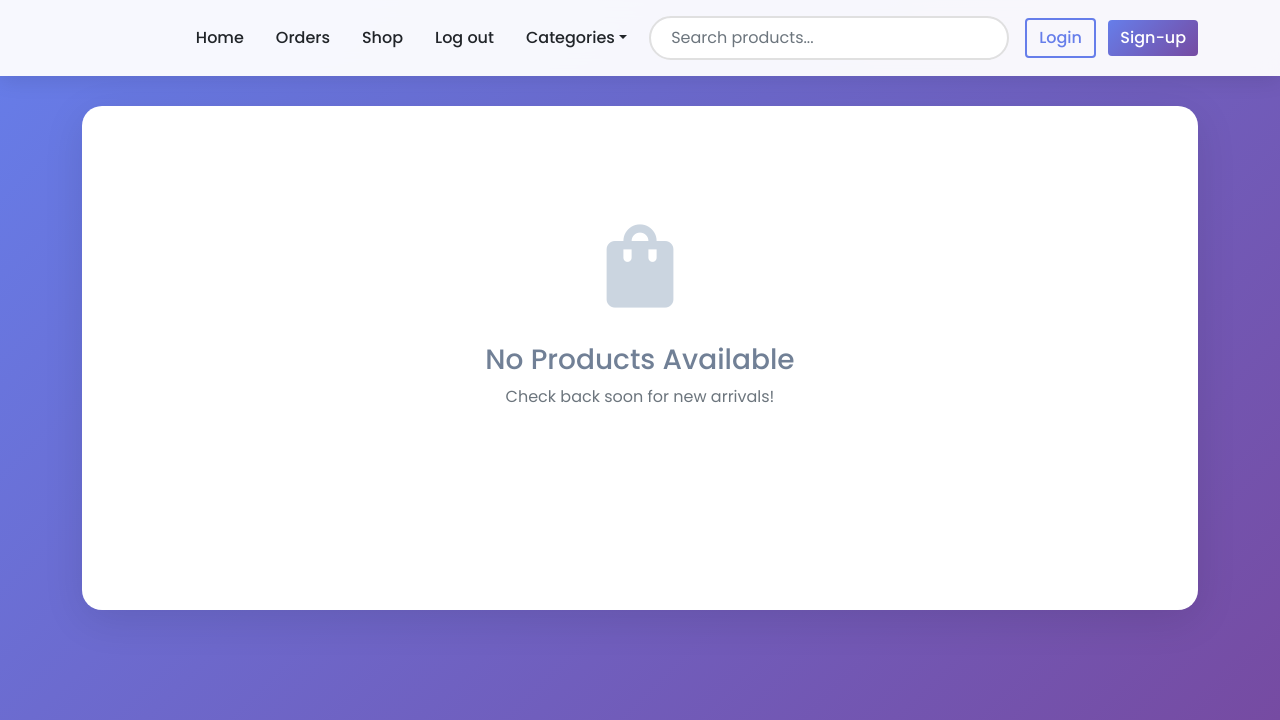
Repository: R23300841/cpp-project
Page: http://localhost/
The author's editor kept a record of every edit. The page is drawn from the files as they stood at one moment, then again after the next edit.
The browser window is 1280 px wide. The pictures show the whole page.
The page is served by the project's application, run on Django 4.2 (manage.py). Queries for data that is not in the repository find no rows.

Above is the page before.

After the next edit:
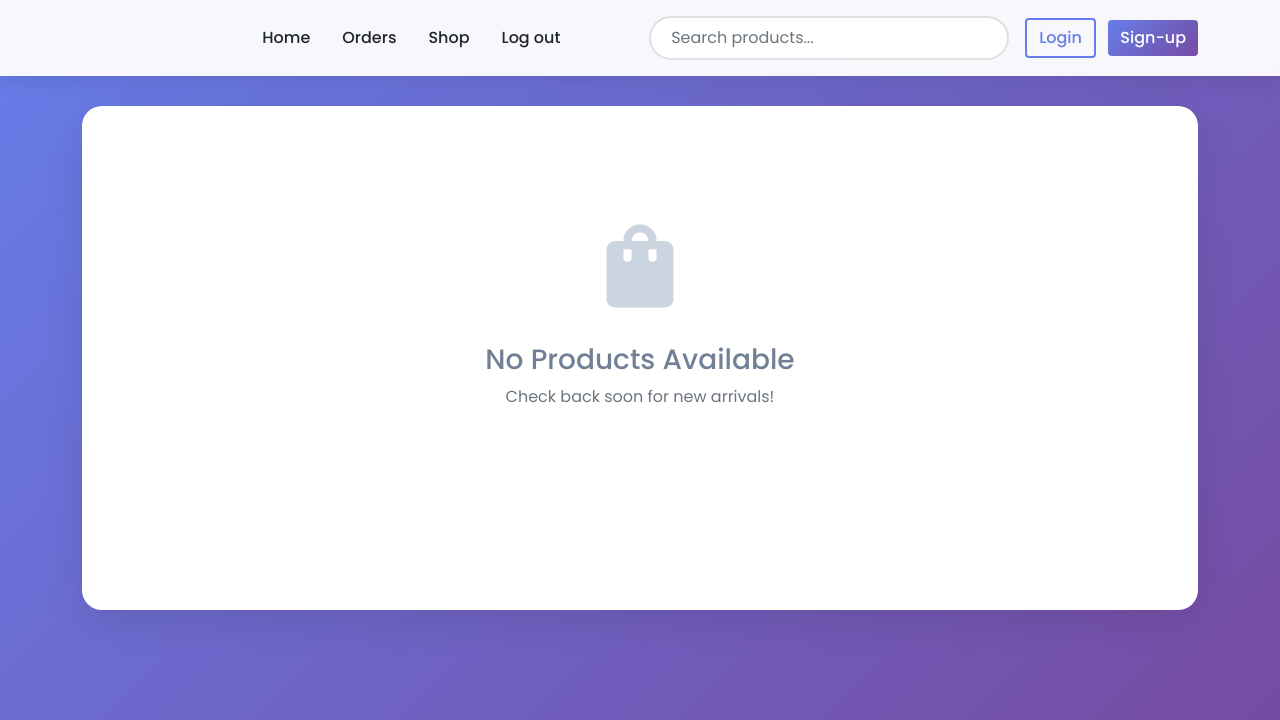
The edit:
--- a/shop/templates/base.html
+++ b/shop/templates/base.html
@@ -141,20 +141,20 @@
                     <li><a href="#" class="nav-link px-3 text-dark">Shop</a></li>
                     <li><a href="{% url 'accounts:user_logout' %}" class="nav-link px-3 text-dark">Log out</a></li>
                     <!-- Categories Dropdown -->
-                    <li class="nav-item dropdown">
-                        <a href="#" class="nav-link px-3 text-dark dropdown-toggle" id="categoriesDropdown" data-bs-toggle="dropdown">Categories</a>
-                        <ul class="dropdown-menu" aria-labelledby="categoriesDropdown">
-                            {% for category in categories %}
-                            {% if not category.is_sub %}
-                            <li><a href="{% url 'shop:filter_by_category' category.slug %}" class="dropdown-item fw-bold">{{ category }}</a></li>
-                            {% for child in category.sub_categories.all %}
-                            <li><a href="{% url 'shop:filter_by_category' child.slug %}" class="dropdown-item ps-4">{{ child }}</a></li>
-                            {% endfor %}
-                            <li><hr class="dropdown-divider"></li>
-                            {% endif %}
-                            {% endfor %}
-                        </ul>
-                    </li>
+                    <!--<li class="nav-item dropdown">-->
+                    <!--    <a href="#" class="nav-link px-3 text-dark dropdown-toggle" id="categoriesDropdown" data-bs-toggle="dropdown">Categories</a>-->
+                    <!--    <ul class="dropdown-menu" aria-labelledby="categoriesDropdown">-->
+                    <!--        {% for category in categories %}-->
+                    <!--        {% if not category.is_sub %}-->
+                    <!--        <li><a href="{% url 'shop:filter_by_category' category.slug %}" class="dropdown-item fw-bold">{{ category }}</a></li>-->
+                    <!--        {% for child in category.sub_categories.all %}-->
+                    <!--        <li><a href="{% url 'shop:filter_by_category' child.slug %}" class="dropdown-item ps-4">{{ child }}</a></li>-->
+                    <!--        {% endfor %}-->
+                    <!--        <li><hr class="dropdown-divider"></li>-->
+                    <!--        {% endif %}-->
+                    <!--        {% endfor %}-->
+                    <!--    </ul>-->
+                    <!--</li>-->
                 </ul>
 
                 <!-- Right side - Search & Profile -->
